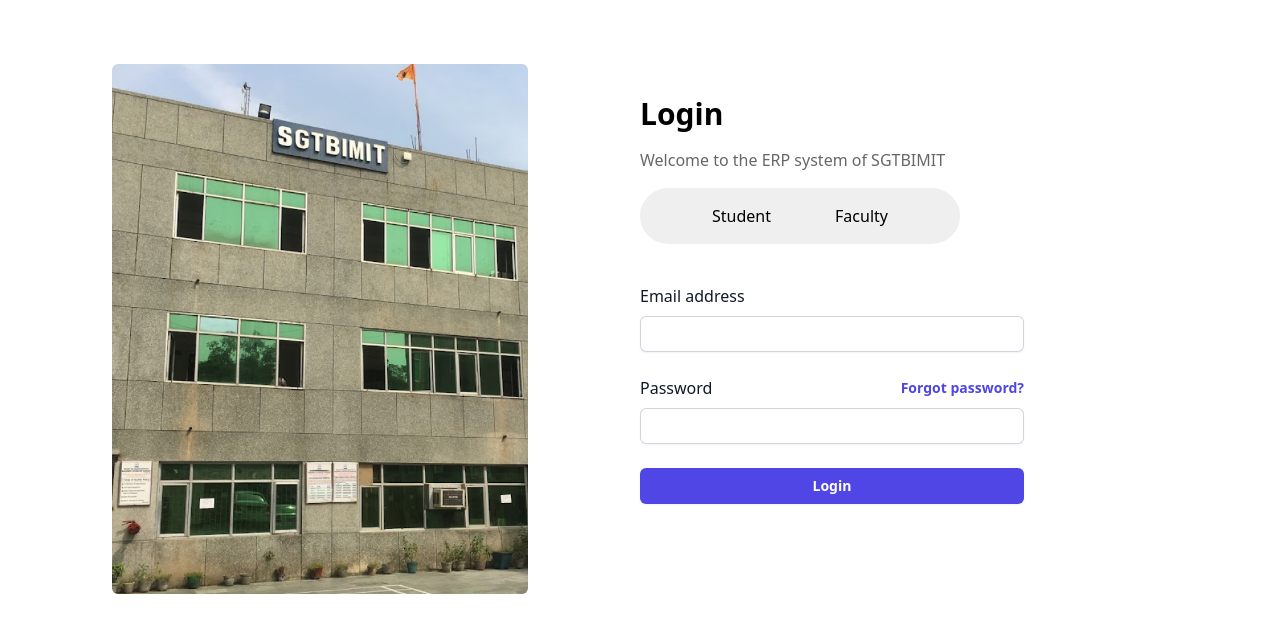
Repository: SehajBindra/SGTBIMIT-ERP-Client
Page: /StudentLogin
An editor plug-in stored every save of this project. The page is shown before and after the next save, followed by the edit.
The browser window is 1280 px wide. The pictures show the whole page.
The project was rebuilt for these pictures with package versions that can differ from the ones it lists, and the page was loaded fresh each time. Also part of the build but not shown: src/LOGIN/Login.js, src/LOGIN/FACULTY/FacultyLogin.js, src/STUDENT_PAGE/StuBody.js, src/STUDENT_PAGE/StuSidebar.js, src/STUDENT_PAGE/StuHeader.js, src/STUDENT_PAGE/StudentHome.js, src/FACULTY_PAGE/FacBody.js, src/FACULTY_PAGE/FacHeader.js and 2 more.

Above is the page before, as saved 2023-05-14 16:00:03.

### src/App.js
import React from 'react';
import { BrowserRouter as Router, Routes, Route } from "react-router-dom";
import './App.css';
import Login from './LOGIN/Login';
import StudentLogin from './LOGIN/STUDENT/StudentLogin';
import FacultyLogin from './LOGIN/FACULTY/FacultyLogin';
import StuBody from './STUDENT_PAGE/StuBody';
import StudentHome from './STUDENT_PAGE/StudentHome';
import StuSidebar from './STUDENT_PAGE/StuSidebar';
import StuHeader from './STUDENT_PAGE/StuHeader';
import FacBody from './FACULTY_PAGE/FacBody';
import FacHeader from './FACULTY_PAGE/FacHeader';
import FacSidebar from './FACULTY_PAGE/FacSidebar';
import FacultyHome from './FACULTY_PAGE/FacultyHome';
function App() {
  return (
    <div className="App">
      <Router>
        <Routes>
        <Route exact path="/" element={<Login />}></Route>
        <Route exact path="StudentLogin" element={<StudentLogin/>}></Route>
        <Route exact path="FacultyLogin" element={<FacultyLogin/>}></Route>
        <Route exact path="StuBody" element={<StuBody/>}></Route>
        <Route exact path="StuSidebar" element={<StuSidebar/>}></Route>
        <Route exact path="StuHeader" element={<StuHeader/>}></Route>
        <Route exact path="StudentHome" element={<StudentHome/>}></Route>
        <Route exact path="FacBody" element={<FacBody/>}></Route>
        <Route exact path="FacHeader" element={<FacHeader/>}></Route>
        <Route exact path="FacSidebar" element={<FacSidebar/>}></Route>
        <Route exact path="FacultyHome" element={<FacultyHome/>}></Route>
        </Routes>
      </Router>
    </div>
  );
}

export default App;

### src/LOGIN/STUDENT/StudentLogin.js
import React, { useEffect, useState } from "react";
import VisibilityIcon from "@mui/icons-material/Visibility";
import VisibilityOffIcon from "@mui/icons-material/VisibilityOff";

const StudentLogin = () => {
  const [translate, setTranslate] = useState(false);
  const [username, setUsername] = useState("");
  const [password, setPassword] = useState("");
  const [showPassword, setShowPassword] = useState(false);
  const [loading] = useState(false);

  useEffect(() => {
    setTimeout(() => {
      setTranslate(true);
    }, 1000);
  }, []);

  return (
    <div className=" grid grid-cols-4 h-[530px] my-16 mx-auto max-w-7xl ">
      <div className=" col-span-2">
        <img
          className="hidden md:inline h-[530px] object-cover rounded-md"
          src="/sgtb.jpg"
          alt="banner_image"
        />
      </div>

      <div className="bg-white text-left  col-span-2 my-8">
        <h2 className="text-3xl  font-semibold">Login</h2>
        <p className="text-black/60 my-4">
          Welcome to the ERP system of SGTBIMIT
        </p>

        <div
          className="flex  flex-row items-center  justify-center h-[56px] text-[#
            1B449C] bg-[#EEEE] max-w-xs  space-x-16 capitalize text-[16px] rounded-[32px]"
        >
          <p>student</p>
          <p className="">faculty</p>
        </div>

        <div>
          <div className="mt-10 text-[16px]  sm:w-full sm:max-w-sm">
            <form className="space-y-6" action="#" method="POST">
              <div>
                <label className="block text-left  font-medium leading-6 text-gray-900">
                  Email address
                </label>
                <div className="mt-2">
                  <input
                    id="email"
                    name="email"
                    type="email"
                    autoComplete="email"
                    required
                    className="block w-full rounded-md border-0 py-1.5 text-gray-900 shadow-sm ring-1 ring-inset ring-gray-300 placeholder:text-gray-400 focus:ring-2 focus:ring-inset focus:ring-indigo-600 sm:text-sm sm:leading-6"
                  />
                </div>
              </div>

              <div>
                <div className="flex items-center justify-between">
                  <label
                    htmlFor="password"
                    className="block  font-medium leading-6 text-gray-900"
                  >
                    Password
                  </label>
                  <div className="text-sm">
                    <a
                      href="#"
                      className="font-semibold text-indigo-600 hover:text-indigo-500"
                    >
                      Forgot password?
                    </a>
                  </div>
                </div>
                <div className="mt-2">
                  <input
                    id="password"
                    name="password"
                    type="password"
                    autoComplete="current-password"
                    required
                    className="block w-full rounded-md border-0 py-1.5 text-gray-900 shadow-sm ring-1 ring-inset ring-gray-300 placeholder:text-gray-400 focus:ring-2 focus:ring-inset focus:ring-indigo-600 sm:text-sm sm:leading-6"
                  />
                </div>
              </div>

              <div>
                <button
                  type="submit"
                  className="flex w-full justify-center rounded-md bg-indigo-600 px-3 py-1.5 text-sm font-semibold leading-6 text-white shadow-sm hover:bg-indigo-500 focus-visible:outline focus-visible:outline-2 focus-visible:outline-offset-2 focus-visible:outline-indigo-600"
                >
                  Login
                </button>
              </div>
            </form>
          </div>
        </div>
      </div>
    </div>
  );
};

export default StudentLogin;

### src/LOGIN/Login.css
*{
    margin: 0;
    padding: 0;
}
.display{
    min-height: 100vh;
    width: 100%;
    background-image: url("back.jpg");
    background-repeat: no-repeat;
    background-size: cover;
    background-position: center;
    position: relative;

}

Loaded but not shown: public/index.html (common file); src/index.js (common file); src/index.css (common file); src/App.css (common file); tailwind.config.js (common file)

After the next save:
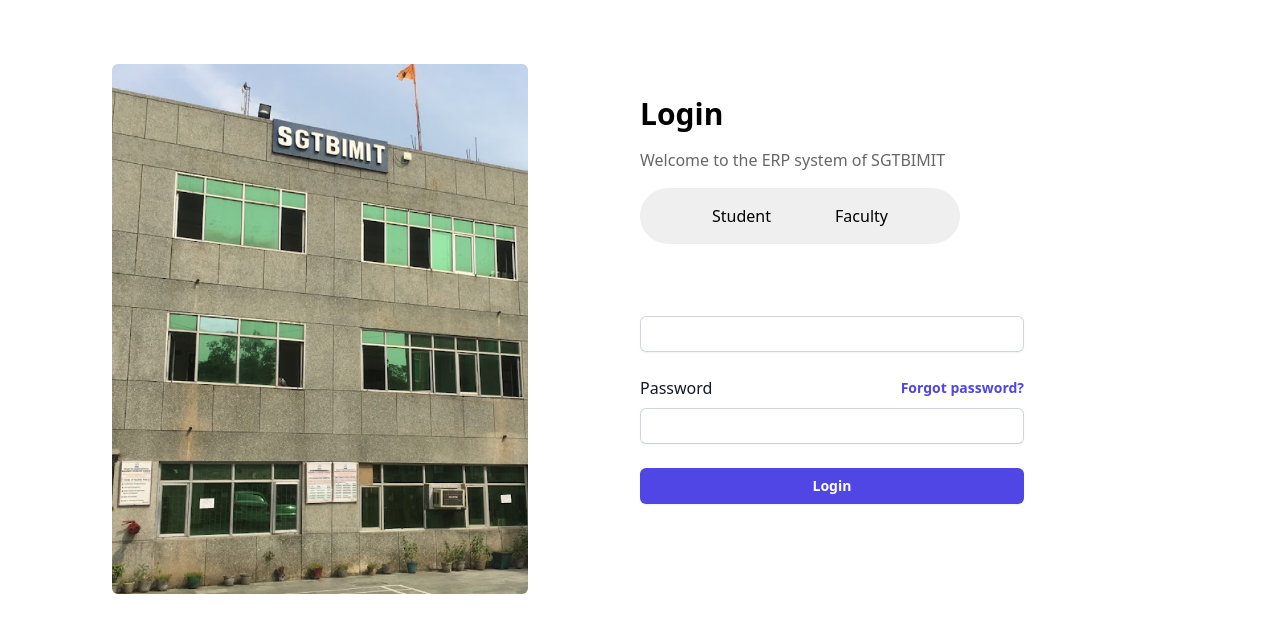
Saved 44 s later.
--- a/src/LOGIN/STUDENT/StudentLogin.js
+++ b/src/LOGIN/STUDENT/StudentLogin.js
@@ -43,7 +43,7 @@
           <div className="mt-10 text-[16px]  sm:w-full sm:max-w-sm">
             <form className="space-y-6" action="#" method="POST">
               <div>
-                <label className="block text-left  font-medium leading-6 text-gray-900">
+                <label className="block text-left  font-medium leading-6 text-white/60">
                   Email address
                 </label>
                 <div className="mt-2">
